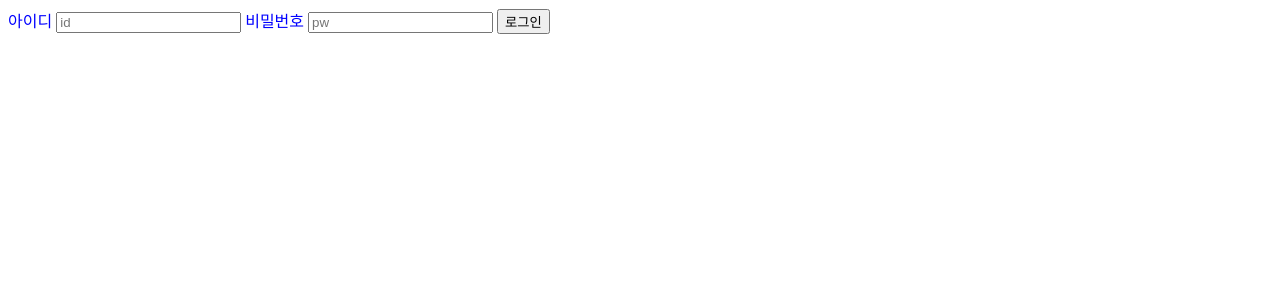
Repository: Samdasoo1076/TasteItView
Page: http://localhost/Taste/login.jsp
The author's editor kept a copy of each file at every save. The page is drawn from the files as they stood at one save, then again after the next save.
The browser window is 1280 px wide. The pictures show the whole page.
The page is served by Tomcat 9. Other server files are loaded and not shown.

Above is the page before, as saved 2024-05-02 07:00:00.

### eclipse-workspace/Taste/src/main/webapp/login.jsp
<%@ page language="java" contentType="text/html; charset=UTF-8"
    pageEncoding="UTF-8"%>
<!DOCTYPE html>
<html lang="en">
<head>
    <meta charset="UTF-8">
    <meta name="viewport" content="width=device-width, initial-scale=1.0">
    <title>Document</title>
    <link rel="stylesheet" href="css/login.css">
    <style>
    </style>
</head>
<body>

  <div class="main">
		<form action="loginok.jsp" method="post">
			아이디 <input type="text" placeholder="id" name="id">
			비밀번호 <input type="password" placeholder="pw" name="pw">
			<input type="submit" value="로그인">
		</form>
  </div>
</html>

### eclipse-workspace/Taste/src/main/webapp/css/login.css
@charset "UTF-8";

.main {
	color: blue;
}

After the next save:
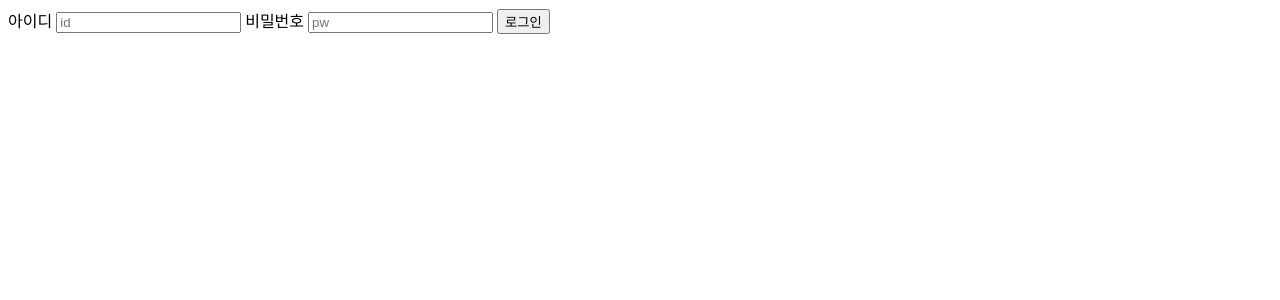
Saved 10 s later.
--- a/eclipse-workspace/Taste/src/main/webapp/css/login.css
+++ b/eclipse-workspace/Taste/src/main/webapp/css/login.css
@@ -1,5 +1,5 @@
 @charset "UTF-8";
 
-.main {
+.Login {
 	color: blue;
 }
